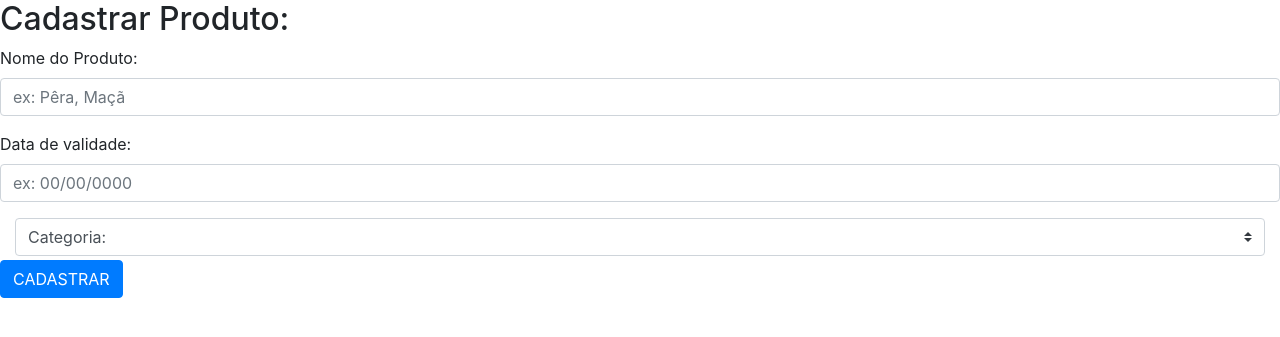
Repository: ricardofelipesilva/sistema
Page: http://localhost/site/controle.jsp
The author's editor kept a copy of each file at every save. The page is drawn from the files as they stood at one save, then again after the next save.
The browser window is 1280 px wide. The pictures show the whole page.
The page is served by Tomcat 9. Other server files are loaded and not shown.

Above is the page before, as saved 2019-07-01 08:20:20.

### site/WebContent/controle.jsp
<%@ taglib uri="http://java.sun.com/jsp/jstl/core" prefix="c" %>
<!DOCTYPE html>
<html>
<head>
<meta charset="ISO-8859-1">
<link rel="stylesheet" href="https://stackpath.bootstrapcdn.com/bootstrap/4.3.1/css/bootstrap.min.css" integrity="sha384-ggOyR0iXCbMQv3Xipma34MD+dH/1fQ784/j6cY/iJTQUOhcWr7x9JvoRxT2MZw1T" crossorigin="anonymous">

<script src="https://code.jquery.com/jquery-3.3.1.slim.min.js" integrity="sha384-q8i/X+965DzO0rT7abK41JStQIAqVgRVzpbzo5smXKp4YfRvH+8abtTE1Pi6jizo" crossorigin="anonymous"></script>
<script src="https://cdnjs.cloudflare.com/ajax/libs/popper.js/1.14.7/umd/popper.min.js" integrity="sha384-UO2eT0CpHqdSJQ6hJty5KVphtPhzWj9WO1clHTMGa3JDZwrnQq4sF86dIHNDz0W1" crossorigin="anonymous"></script>
<script src="https://stackpath.bootstrapcdn.com/bootstrap/4.3.1/js/bootstrap.min.js" integrity="sha384-JjSmVgyd0p3pXB1rRibZUAYoIIy6OrQ6VrjIEaFf/nJGzIxFDsf4x0xIM+B07jRM" crossorigin="anonymous"></script>

<title>Mil Tecnologia | Cadastrar Produto</title>

</head>
<body>
	<form action="./novoproduto" method="post">

	<h2>Cadastrar Produto:</h2>

<!-- 	<div> -->
<!-- 		<label>Nome do Produto:</label> -->
<!-- 		<input type="text" name="nome" placeholder="ex: Pêra, Maçã" required/> -->
<!-- 		<br> -->
<!-- 		<label>Data de validade:</label> -->
<!-- 		<input type="text" name="dataValidade"  placeholder="ex: 00/00/0000" /> -->
<!-- 		<input type="submit" value="enviar"> -->
<!-- 	</div> -->


	</form>

	<form action="./novoproduto" method="post">
  <div class="form-group">
    <label for="exampleInputEmail1">Nome do Produto:</label>
    <input  class="form-control" type="text" name="nome" placeholder="ex: Pêra, Maçã" required>
  </div>
  <div class="form-group">
    <label for="exampleInputEmail1">Data de validade:</label>
    <input  class="form-control" type="text" name="dataValidade"  placeholder="ex: 00/00/0000" />
  </div>

      <div class="col-auto my-1">
      <label class="mr-sm-2 sr-only" for="inlineFormCustomSelect">Preference</label>
      <select class="custom-select mr-sm-2" id="inlineFormCustomSelect">
        <option selected>Categoria:</option>
        <option value="1">Proteínas</option>
        <option value="2">Laticínios</option>
        <option value="3">Limpeza</option>
        <option value="4">Limpeza</option>
      </select>
    </div>

  <button type="submit" class="btn btn-primary">CADASTRAR</button>
</form>


</body>
</html>

After the next save:
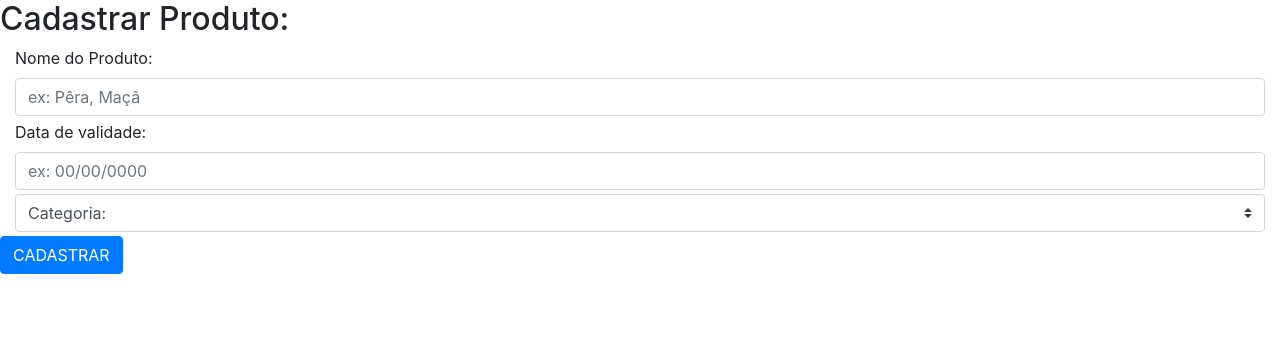
Saved 30 s later.
--- a/site/WebContent/controle.jsp
+++ b/site/WebContent/controle.jsp
@@ -30,11 +30,11 @@
 	</form>
 
 	<form action="./novoproduto" method="post">
-  <div class="form-group">
+  <div class="col-auto my-1 form-group">
     <label for="exampleInputEmail1">Nome do Produto:</label>
     <input  class="form-control" type="text" name="nome" placeholder="ex: Pêra, Maçã" required>
   </div>
-  <div class="form-group">
+  <div class=" col-auto my-1 form-group">
     <label for="exampleInputEmail1">Data de validade:</label>
     <input  class="form-control" type="text" name="dataValidade"  placeholder="ex: 00/00/0000" />
   </div>
